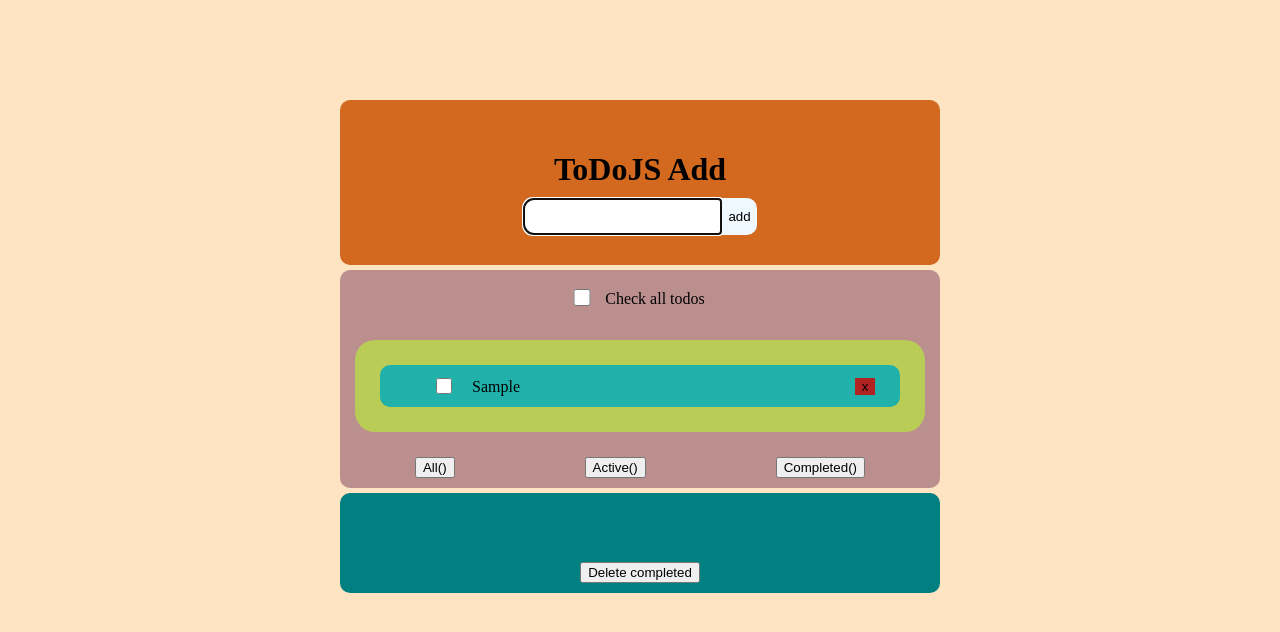
Repository: Savich01/ToDo
Page: index.html
An editor plug-in stored every save of this project. The page is shown before and after the next save, followed by the edit.
The browser window is 1280 px wide. The pictures show the whole page.
Empty fields were first filled with sample values (such as "Sample", 5 or name@example.com).
After loading, the first visible `form.personal` was submitted once.

Above is the page before, as saved 2024-05-14 10:41:17.

### index.html
<!DOCTYPE html>
<html lang="en">
<head>
    <meta charset="UTF-8">
    <meta name="viewport" content="width=device-width, initial-scale=1.0">
    <link rel="stylesheet" href="css/style.css">
    <title>ToDO</title>
</head>
<body>
    <header class="header">
        <div class="header-block">
            <div class="header-block__sub">
                <h1 class="title">ToDoJS Add</h1>
                <form class="personal" action="#">
                    <input class="personal-input" type="text">
                    <button class="personal-btn">add</button>
                </form>
            </div>
        </div>
    </header>

     <main class="main">
        <div class="main-block">
            <ul class="main-block--list">
                    <li class="main-block--list-link">
                        <input class="checkbox-active" type="checkbox">
                        <span class="main-block--text">Check all todos</span>
                    </li>
                </ul>
            <div class="main-container">



            </div>




            <div class="main-button">
                 <button class="main-btn1">All()</button>
                 <button class="main-btn2">Active()</button>
                 <button class="main-btn3">Completed()</button>
            </div>
        </div>
     </main>
     <footer class="footer">
        <div class="footer-block">
            <div class="footer-btn">
                <button class="btn">Delete completed</button>
            </div>
        </div>
     </footer>
        <script src="js/script.js"></script>
</body>
</html>

### css/style.css
ul,li {
    text-decoration: none;
    list-style: none;
}


/*------------HEADER-------------------------------------*/

body {
    max-width: 100%;
    background: #FFE4C4;
}
.header {
    margin-top: 100px;
    margin-bottom: 5px;
}
.header-block {
    max-width: 600px;
    margin: 0 auto;
    background: #D2691E;
    border-radius: 10px;
}
 .header-block__sub {
    display: flex;
    flex-direction: column;
    justify-content: center;
    align-items: center;
    padding: 30px 0px;
 }

 .title {
    margin-bottom: 10px;
 }

 .personal {
    display: flex;
    justify-content: center;
 }

 .personal-input{
    padding: 10px;
    border: 1px solid #000;
    border-radius: 10px 0px 0px 10px;
 }
.personal-btn {
    border: none;
    background-color: aliceblue;
    border-radius: 0px 10px 10px 0px;
    cursor: pointer;
}
/*------------------MAIN-------------------------------------*/

.main-block {
   max-width: 600px;
   margin: 0 auto;
   background: #BC8F8F;
   min-height: 70px;
   border-radius: 10px;
   display:flex;
   flex-direction: column;
   justify-content: space-between;
   margin-bottom: 5px;
}

.main-block--list{
    display: flex;
    align-items: center;
    justify-content: center;
    padding-right: 47px;
}

.main-block--list-link{
    display: flex;
    align-items: center;
}

.main-block--text{
    margin-left: 10px;
}

.checkbox-active{
    width: 20px;
    height: 17px;
}

.main-block--text{
    transform: translateY(1px);
}

.main-button {
    padding: 10px;
    display: flex;
    align-items: flex-end;
    justify-content: space-around

}
.main-container {
    background: rgba(183, 231, 62, 0.699);
    border-radius: 20px;
    margin: 15px;
    /* display: none; */
}

.main-container--list{
    background-color: #20B2AA;
    border-radius: 10px;
    margin: 25px;
    display: flex;
    align-items: center;
    justify-content: space-between;
}

.main-container--list-link {
    padding: 10px;
    display: flex;
    align-items: center;
}
.main-checked{
    width: 20px;
    height: 16px;
    cursor: pointer;
}
.main-text{
    display: inline-block;
    margin-left: 15px;
    transform: translateY(1px);
}
.main--list-btn{
    min-width: 20px;
    max-width: 23px;
    background: #FFFFE0;
    align-items: center;
    margin-right: 25px;
    cursor: pointer;
    border: none;
    background: #B22222;
}
.main-text--done{
    text-decoration: line-through;
    opacity: 0.4;
}

/*------------------FOOTER--------------------------------------------------*/

.footer-block {
    max-width: 600px;
    margin: 0 auto;
    background: #008080;
    height: 100px;
    border-radius: 10px;
    display: flex;
    align-items: flex-end;
    justify-content: space-around;
}
.footer-btn {
    padding: 10px;
}

### js/script.js
"Use strict";

const taskForm = document.querySelector('.personal');
const taskInput = document.querySelector('.personal-input');
const taskBtn = document.querySelector('.personal-btn');
const taskBlock = document.querySelector('.main-container');
const taskInput2 = document.querySelector('.main-checked');
const taskMain = document.querySelector('.main-block');
const mainBtn3 = document.querySelector('.main-btn3');


let tasks = [];

// Добавляем задачу
function addTask(event) {
    // Отменяем отправку формы
    event.preventDefault();

    //Достаем текст из input
    const taskText = taskInput.value;

    //Ничего не выводим если строка пустая
    if(taskInput.value == '')return;

    //Описываем задачу в виде объекта
    let newTask = {
        id: Date.now(),
        text: taskText,
        checked: false
    };

    //Добавляем задачу в массив
    tasks.push(newTask);
    render(tasks);
}
// ----------------------------------------------------------------------------


const render = (array) => {
    taskBlock.innerHTML = '';
    array.forEach(function(item){
        //Добавляем задачу
    const cssClass = item.checked ? 'main-text main-text--done' : 'main-text';
    const ul = document.createElement('ul')
    ul.classList.add('main-container--list')
    taskBlock.append(ul);
    //Формируем разметку задачи
    ul.innerHTML += `
                    <li class="main-container--list-link">
                        <input id='${item.id}' class="main-checked" type="checkbox" data-action = "done">
                        <span class="${cssClass}">${item.text}</span>
                    </li>
                    <button id='${item.id}' class="main--list-btn" data-action = "delete">
                        х
                    </button>
              `;
        console.log(ul)
    //Добавляем задачу на страницу

    // if(taskInput.value === '')return;

    //Очищаем поле ввода и возвращаем на него фокус
    // if(taskInput.value == '')return;
    taskInput.value = '';
    taskInput.focus();

    const a = document.getElementById(`${item.id}`);

    a.checked = item.checked;
    console.log(a);
    });
}






function doneTask(event){
    if(event.target.dataset.action == 'done'){
        const parentNode = event.target.closest('.main-checked');

        //Определяем id Задачи
        const id = parentNode.id;

        const task = tasks.find(function(task){
            if(task.id == id) {
                return true;
            }
        });

        task.checked = !task.checked;


        //const taskTitle = parentNode.querySelector('.main-text');
        //taskTitle.classList.toggle('main-text--done');
        console.log(event.target.checked);
    };

};



//УДАЛЯЕМ ЗАДАЧУ
function deleteTask(event){
    // Проверяем что клик был по кнопке удалить задачу
    if(event.target.dataset.action === 'delete'){
        const parenNode = event.target.closest('.main-container--list');

        // //Определяем id задачи
        const id = Number(parenNode.id);

        //Удаление задачи по индексу
        const index = tasks.findIndex(function(task){
            if(task.id === id){
                return true;
            };
        });

        //Удаляем из массива с задачами
        tasks.splice(index, 1);


        //Удаляем задачу из разметки
        parenNode.remove();
    }


}

//------------------------------------------------------------

//ЗАвершенная задача
const arrAdd = function(){

    let arrTask = [];

    tasks.forEach((item) => {
        if (item.checked == true) {
            arrTask.push(item)
        }
    });
    console.log(arrTask, tasks)
    render(arrTask);
    console.log(arrTask, tasks);
}


//Активная задача
// const addAddTask = function(){
//     let arrTask = [];

//     tasks.forEach()
// }



// Добавляет задачу
taskForm.addEventListener('submit', addTask);

// Удаляет задачу
taskBlock.addEventListener('click', deleteTask);

//Отмечаем задачу завершенной
taskBlock.addEventListener('click', doneTask);


mainBtn3.addEventListener('click', arrAdd);


document.querySelector('.main-btn1').addEventListener('click', () => {
    render(tasks)
})

document.querySelector('.main-btn2').addEventListener('click', () => {
  render(tasks);
})















































// const form = document.querySelector('.personal');
// const input = document.querySelector('.personal-input');
// const block = document.querySelector('.main-container');
// const addList = document.querySelector('.main-container--list')
// const mainBlock = document.querySelector('.main-block');

// function addTask(){
//     // Отменяем отправку формы
//     event.preventDefault();

//     // Достаем текст задачи из поля ввода

//     const taskText = input.value;


//     //Формируем разметку для новой задачи

//     const taskHTML = `<ul class="main-container--list">
//                     <li class="main-container--list-link">
//                         <input class="main-checked" type="checkbox" data-action = "done">
//                         <span class="main-text">${taskText}</span>
//                     </li>
//                     <button class="main--list-btn" data-action = "delete">
//                         х
//                     </button>
//                </ul>
//                     `


//     // Добавляем задачу на страницу

//     block.insertAdjacentHTML('beforeend', taskHTML)

//     // Отчищаем поле ввода

//     input.value = '';
//     input.focus();

// }



// // Добавление задачи
// form.addEventListener('submit', addTask);

// // // Удаление задачи
// block.addEventListener('click', deleteTask);

// function deleteTask(event){


//     if(event.target.dataset.action === 'delete'){

//         const perentNode = event.target.closest('.main-container--list');
//         perentNode.remove();
//     };
// };

// // Отмечаем задачу завершенной

// block.addEventListener('click', doneTask)

// function doneTask(event) {
//     if(event.target.dataset.action === 'done'){
//         const perentNode = event.target.closest('.main-container--list');
//         const taskTitle = perentNode.querySelector('.main-text');
//         taskTitle.classList.toggle('main-text--done');
//     }
// }

After the next save:
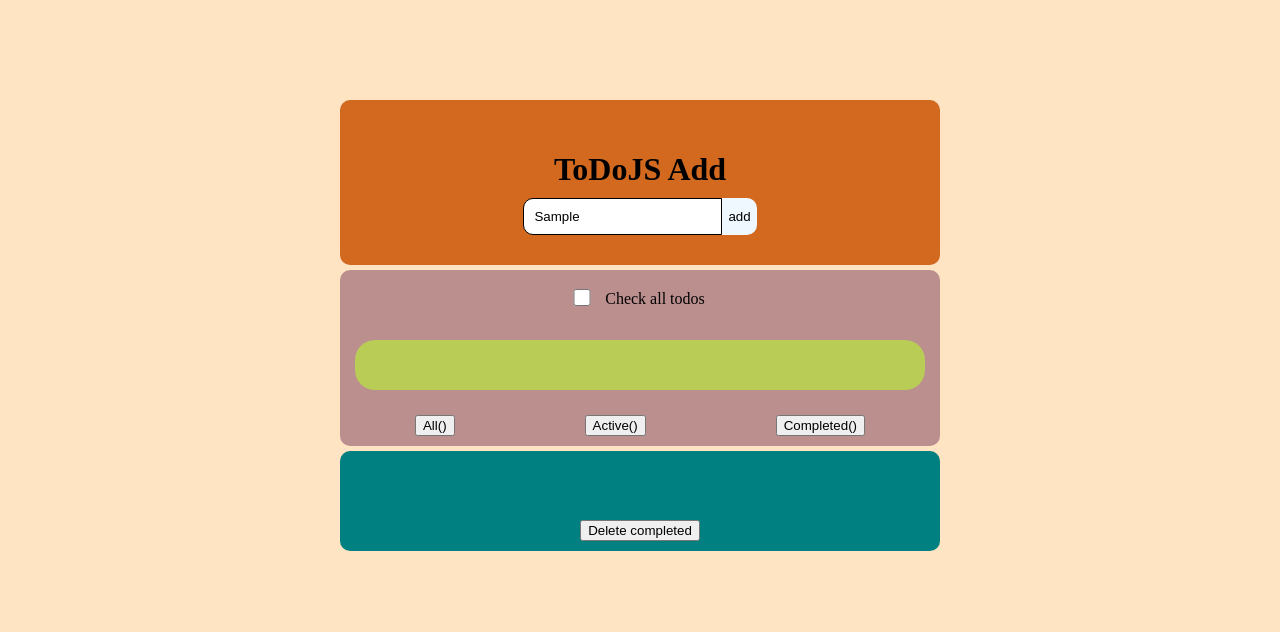
Console error: ReferenceError: cssClass is not defined
Saved 50 s later.
--- a/js/script.js
+++ b/js/script.js
@@ -40,7 +40,7 @@
     taskBlock.innerHTML = '';
     array.forEach(function(item){
         //Добавляем задачу
-    const cssClass = item.checked ? 'main-text main-text--done' : 'main-text';
+    // const cssClass = item.checked ? 'main-text main-text--done' : 'main-text';
     const ul = document.createElement('ul')
     ul.classList.add('main-container--list')
     taskBlock.append(ul);

After the save that followed:
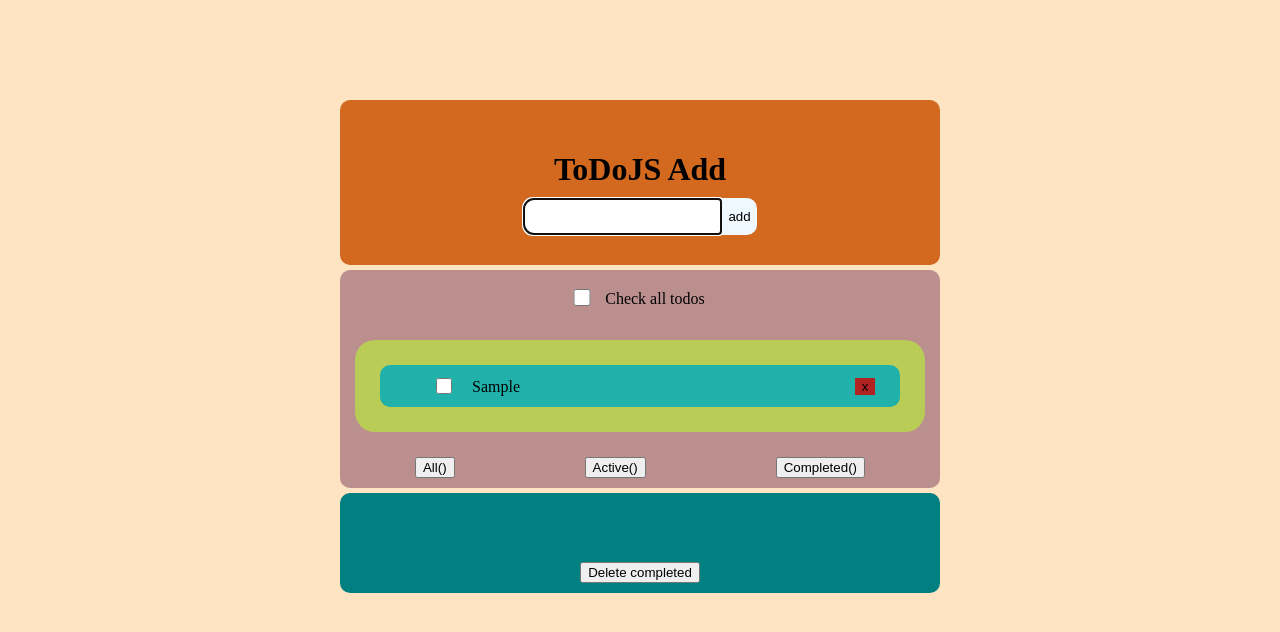
The error is gone.
Saved 10 s later.
--- a/js/script.js
+++ b/js/script.js
@@ -40,7 +40,7 @@
     taskBlock.innerHTML = '';
     array.forEach(function(item){
         //Добавляем задачу
-    // const cssClass = item.checked ? 'main-text main-text--done' : 'main-text';
+    const cssClass = item.checked ? 'main-text main-text--done' : 'main-text';
     const ul = document.createElement('ul')
     ul.classList.add('main-container--list')
     taskBlock.append(ul);
